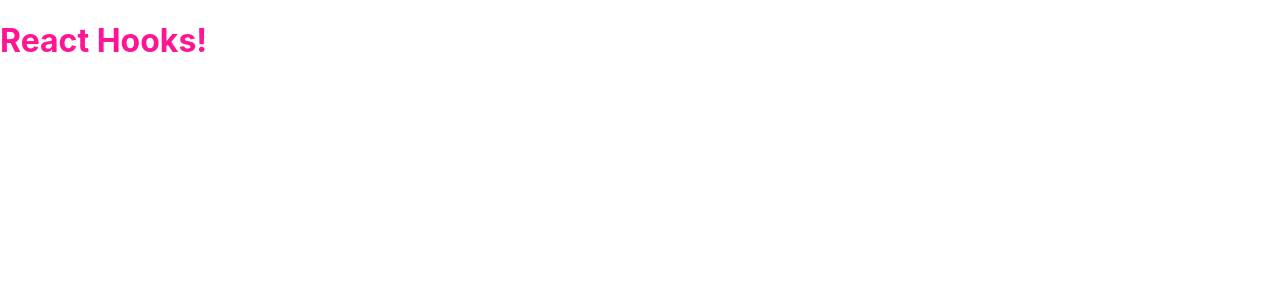
Repository: TranNgocPhuongNhi/react-hooks-basic
Page: /
An editor plug-in stored every save of this project. The page is shown before and after a run of saves, followed by the edit.
The browser window is 1280 px wide. The pictures show the whole page.
The page's requests for data from a server got no answer. The project was rebuilt for these pictures with package versions that can differ from the ones it lists, and the page was loaded fresh each time. No one was signed in, and anything a server would have sent is missing. Also part of the build but not shown: src/components/TodoList/index.jsx, src/components/TodoForm/index.jsx, src/components/PostList/index.jsx, src/components/Pagination/index.jsx, src/components/PostFilterForm/index.jsx.

Above is the page before, as saved 2021-09-06 21:37:48.

After the next 5 saves:
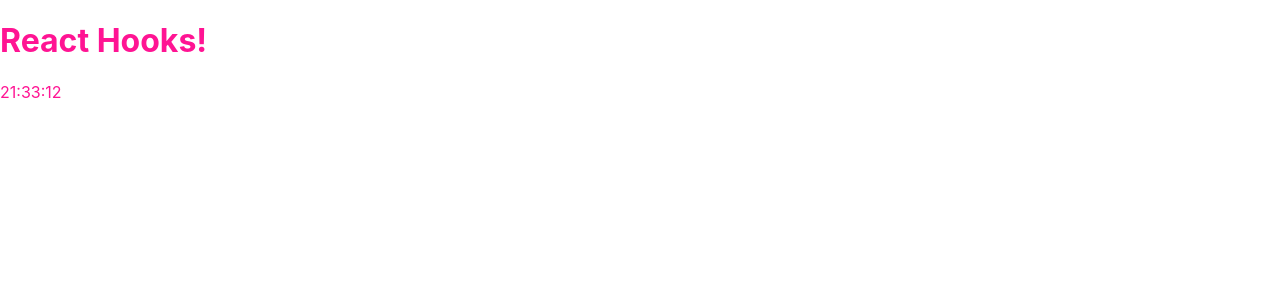
The 5 saves are shown as one change because they came seconds apart.
The last was saved 14 s later.
--- a/src/App.js
+++ b/src/App.js
@@ -97,6 +97,7 @@ function App() {
       {/* <TodoForm onSubmit = {handleTodoFormSubmit}/>
       <TodoList todos = {todoList} onTodoClick={handleTodoClick}/> */}
 
+      {showClock && <Clock />}
 
     </div>
   );
